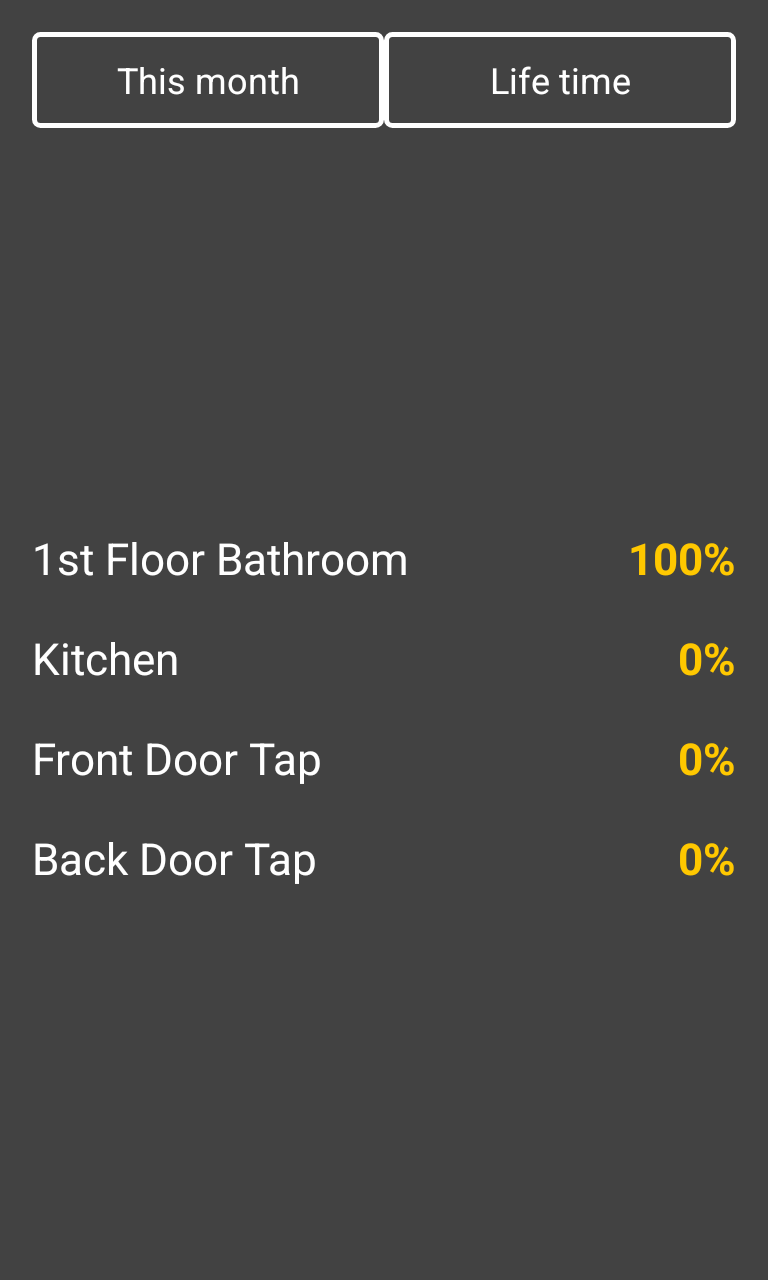
Repository: prabushitha/hydrosaver
Layout: hydrosaver/res/layout/activity_sections.xml
These files come from the project's save history. The layout is drawn as it stood at one moment and after the next save; the edit follows.
It is drawn on a 768 x 1280 px phone screen (xhdpi) without system bars, with theme AppTheme; the app's code is not run.

Above is the layout before, as saved 2016-10-08 16:54:29.

### hydrosaver/res/layout/activity_sections.xml
<RelativeLayout xmlns:android="http://schemas.android.com/apk/res/android"
    xmlns:tools="http://schemas.android.com/tools"
    android:layout_width="match_parent"
    android:layout_height="match_parent"
    android:paddingBottom="@dimen/activity_vertical_margin"
    android:paddingLeft="@dimen/activity_horizontal_margin"
    android:paddingRight="@dimen/activity_horizontal_margin"
    android:paddingTop="@dimen/activity_vertical_margin"
    tools:context="com.whileloop.hydrosaver.SectionsActivity"
    android:background="#424242"
    >

    <TableLayout
    android:layout_width="fill_parent"
    android:layout_height="fill_parent"
    android:stretchColumns="*">
	    <TableRow>
	       <Button android:id="@+id/thismonth"
	                android:layout_width="0dp"
	                android:layout_weight="1"
	                android:layout_height="wrap_content"
	                android:background="@drawable/section_button"
	                android:textColor="#FFFFFF"
	                android:text="This month"/>
	        <Button android:id="@+id/lifetime"
	                 android:layout_width="0dp"
	                 android:layout_weight="1"
	                android:layout_height="wrap_content"
	              	android:textColor="#FFFFFF"
	                android:background="@drawable/section_button"
	                android:text="Life time"/>



	    </TableRow>
	    <TableRow
	        >
	        <TextView android:layout_width="fill_parent"
	                 android:layout_height="wrap_content"
	                android:textColor="#372c24"
	                android:minHeight="200dp"
	          		android:textSize="18sp"

	               />
	    </TableRow>
	    <TableRow>

	        <TextView
		        android:layout_width="0dp"
		        android:layout_height="wrap_content"
		        android:textAppearance="?android:attr/textAppearanceLarge"
		        android:text="1st Floor Bathroom"
		        android:textColor="#ffffff"
		        android:minHeight="100px"
		        android:singleLine="true"
		        android:layout_weight="8"
		        android:ellipsize="end" />

		    <TextView
		        android:layout_width="0dp"
		        android:layout_height="wrap_content"
		        android:textAppearance="?android:attr/textAppearanceLarge"
		        android:text="100%"
		        android:textColor="#ffc800"
		        android:id="@+id/txtPrecentage"
		        android:minHeight="100px"
		        android:singleLine="false"
		        android:layout_weight="2"
		        android:textStyle="bold"
		        android:gravity="right"/>

	    </TableRow>

	    <TableRow>

	        <TextView
		        android:layout_width="0dp"
		        android:layout_height="wrap_content"
		        android:textAppearance="?android:attr/textAppearanceLarge"
		        android:text="Kitchen"
		        android:textColor="#ffffff"
		        android:minHeight="100px"
		        android:singleLine="true"
		        android:layout_weight="8"
		        android:ellipsize="end" />

		    <TextView
		        android:layout_width="0dp"
		        android:layout_height="wrap_content"
		        android:textAppearance="?android:attr/textAppearanceLarge"
		        android:text="0%"
		        android:textColor="#ffc800"
		        android:minHeight="100px"
		        android:singleLine="false"
		        android:layout_weight="2"
		        android:textStyle="bold"
		        android:gravity="right"/>

	    </TableRow>

	    <TableRow>

	        <TextView
		        android:layout_width="0dp"
		        android:layout_height="wrap_content"
		        android:textAppearance="?android:attr/textAppearanceLarge"
		        android:text="Front Door Tap"
		        android:textColor="#ffffff"
		        android:id="@+id/txtName"
		        android:minHeight="100px"
		        android:singleLine="true"
		        android:layout_weight="8"
		        android:ellipsize="end" />

		    <TextView
		        android:layout_width="0dp"
		        android:layout_height="wrap_content"
		        android:textAppearance="?android:attr/textAppearanceLarge"
		        android:text="0%"
		        android:textColor="#ffc800"
		        android:minHeight="100px"
		        android:singleLine="false"
		        android:layout_weight="2"
		        android:textStyle="bold"
		        android:gravity="right"/>

	    </TableRow>

	    <TableRow>

	        <TextView
		        android:layout_width="0dp"
		        android:layout_height="wrap_content"
		        android:textAppearance="?android:attr/textAppearanceLarge"
		        android:text="Back Door Tap"
		        android:textColor="#ffffff"
		        android:minHeight="100px"
		        android:singleLine="true"
		        android:layout_weight="8"
		        android:ellipsize="end" />

		    <TextView
		        android:layout_width="0dp"
		        android:layout_height="wrap_content"
		        android:textAppearance="?android:attr/textAppearanceLarge"
		        android:text="0%"
		        android:textColor="#ffc800"
		        android:minHeight="100px"
		        android:singleLine="false"
		        android:layout_weight="2"
		        android:textStyle="bold"
		        android:gravity="right"
		        />

	    </TableRow>


	</TableLayout>

</RelativeLayout>

### hydrosaver/res/drawable-mdpi/section_button.xml
<?xml version="1.0" encoding="utf-8"?>
<shape xmlns:android="http://schemas.android.com/apk/res/android"
  android:shape="rectangle">

  <corners android:radius="3dp" />
  <stroke android:width="5px" android:color="#FFFFFF" />
</shape>

Loaded but not shown: hydrosaver/res/values/styles.xml (common file); hydrosaver/res/values-v11/styles.xml (common file); hydrosaver/res/values-v14/styles.xml (common file); hydrosaver/res/values/dimens.xml (common file); hydrosaver/res/values-w820dp/dimens.xml (common file)

After the next save:
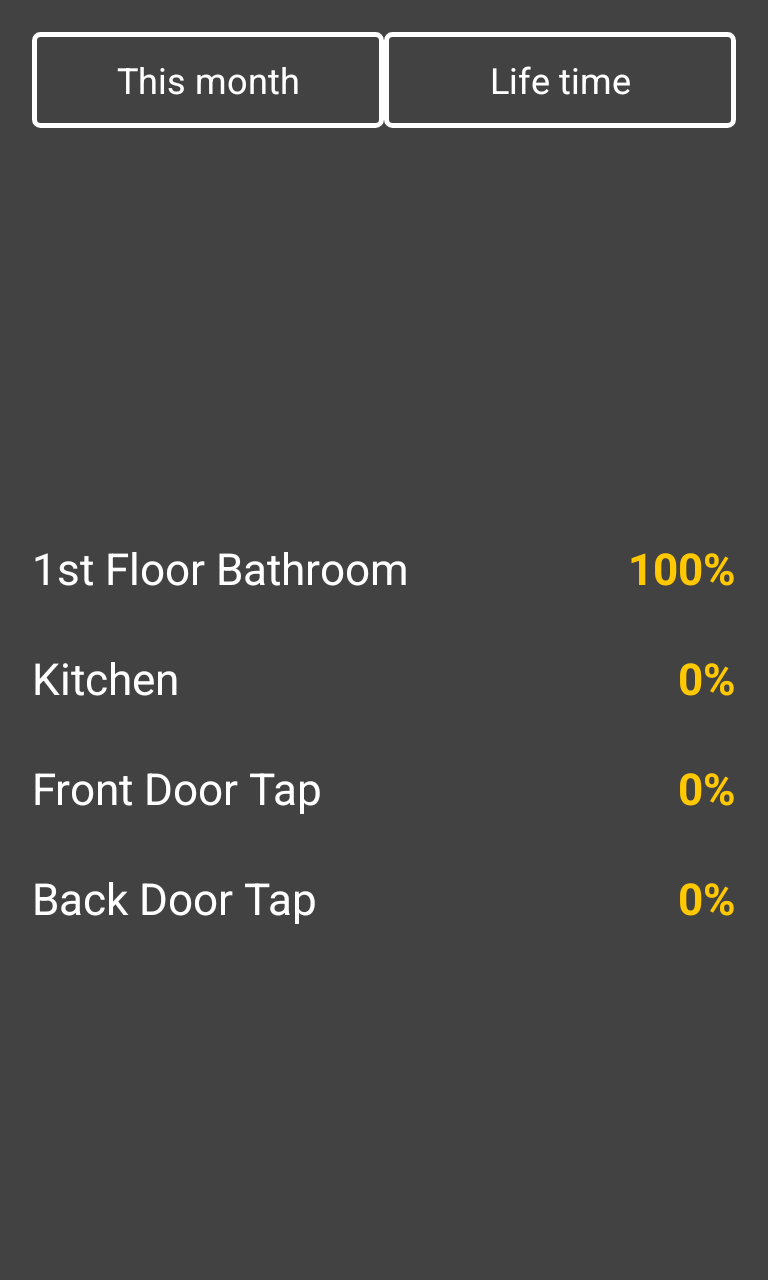
Saved 56 s later.
--- a/hydrosaver/res/layout/activity_sections.xml
+++ b/hydrosaver/res/layout/activity_sections.xml
@@ -43,7 +43,8 @@
 
 	               />
 	    </TableRow>
-	    <TableRow>
+	    <TableRow
+	        android:layout_marginTop="5dp">
 
 	        <TextView
 		        android:layout_width="0dp"
@@ -71,7 +72,8 @@
 
 	    </TableRow>
 
-	    <TableRow>
+	    <TableRow
+	        android:layout_marginTop="5dp">
 
 	        <TextView
 		        android:layout_width="0dp"
@@ -98,7 +100,8 @@
 
 	    </TableRow>
 
-	    <TableRow>
+	    <TableRow
+	        android:layout_marginTop="5dp">
 
 	        <TextView
 		        android:layout_width="0dp"
@@ -126,7 +129,8 @@
 
 	    </TableRow>
 
-	    <TableRow>
+	    <TableRow
+	        android:layout_marginTop="5dp">
 
 	        <TextView
 		        android:layout_width="0dp"
